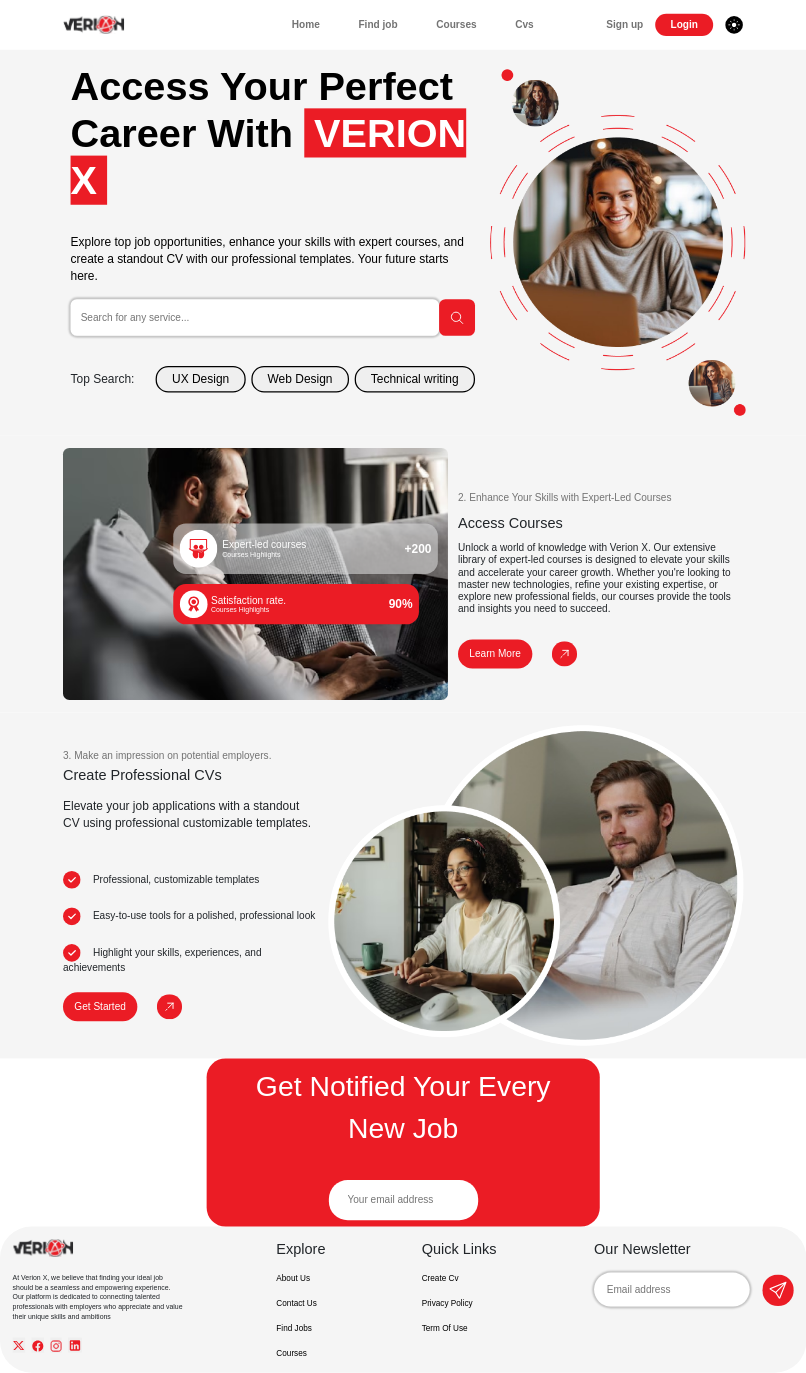
Repository: SahMenz/verionX
Page: /
These files come from the project's save history. The page is drawn as it stood at one moment and after the next save; the edit follows.
The browser window is 1280 px wide. The pictures show the whole page, at 63% of full size.
The project was rebuilt for these pictures with package versions that can differ from the ones it lists, and the page was loaded fresh each time. Also part of the build but not shown: vite.config.js.

Above is the page before, as saved 2024-06-16 17:48:30.

After the next save:
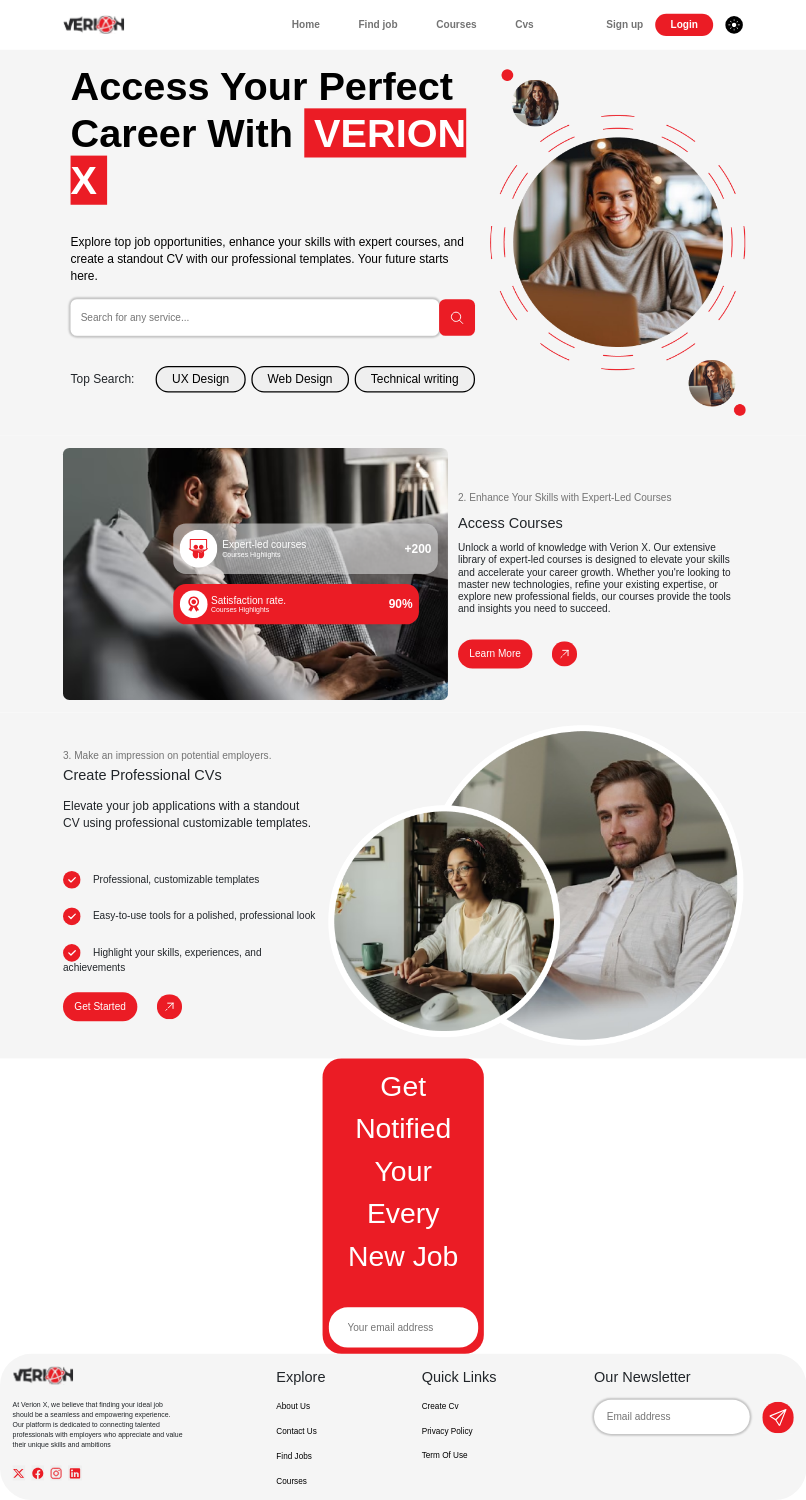
Saved 64 s later.
--- a/src/components/home/getNotified/getNotified.css
+++ b/src/components/home/getNotified/getNotified.css
@@ -7,6 +7,7 @@
     padding: 10px 30px;
     align-items: center;
     border-radius: 30px;
+    width: 20vw;
     max-width: 1250px;
     -webkit-border-radius: 30px;
     -moz-border-radius: 30px;
